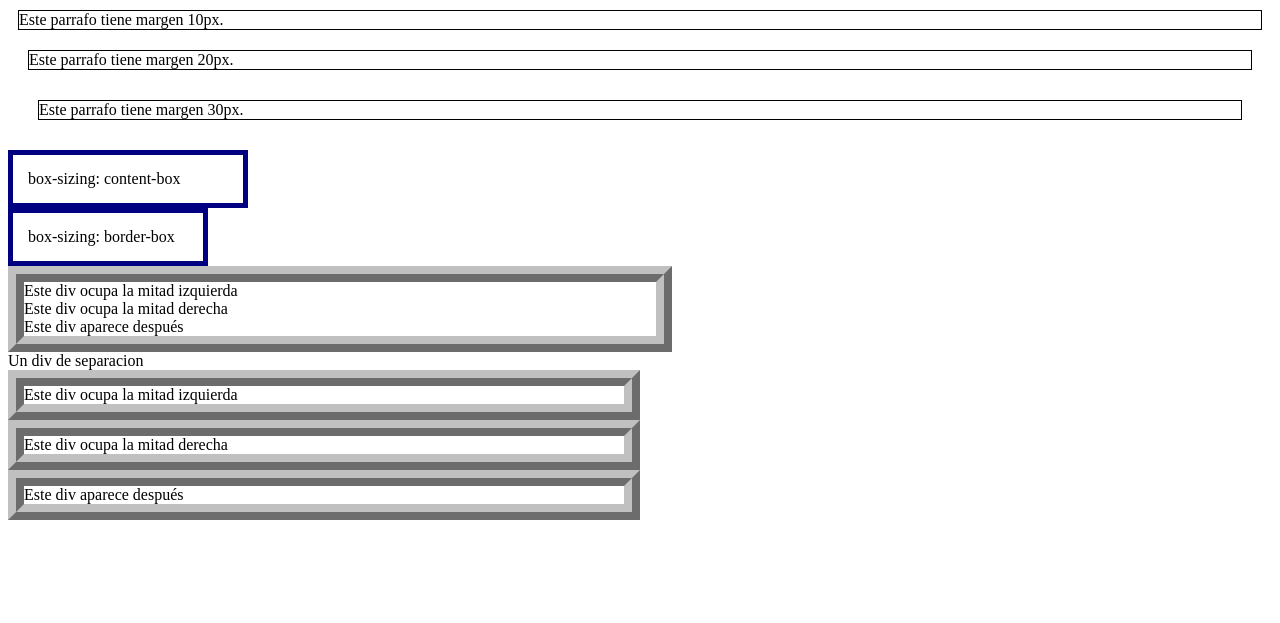
Repository: cesarsant0203/My_Study
Page: Introducción al desarrollo web/2-Css/2.11/2.11-modelo_de_caja_css.html
An editor plug-in stored every save of this project. The page is shown before and after the next save, followed by the edit.
The browser window is 1280 px wide. The pictures show the whole page.

Above is the page before, as saved 2020-04-29 16:18:49.

### Introducción al desarrollo web/2-Css/2.11/2.11-modelo_de_caja_css.html
<!DOCTYPE html>
<html lang="es">

<head>
    <meta charset="utf-8" />
    <title>Modelo de caja</title>
    <link href="2.11-modelo_de_caja_css.css" rel="stylesheet" />
</head>

<body>
    <section>
    <p class="margen-10">
        Este parrafo tiene margen 10px.
    </p>
    <p class="margen-20">
        Este parrafo tiene margen 20px.
    </p>
    <p class="margen-30">
        Este parrafo tiene margen 30px.
    </p>
    </section>
    <div id="contentBox">box-sizing: content-box</div>
    <div id="borderBox">box-sizing: border-box</div>
    <section class="box-sizing-content">
        <div class="split">Este div ocupa la mitad izquierda</div>
        <div class="split">Este div ocupa la mitad derecha</div>
        <div class="split">Este div aparece después</div>
    </section>
    <div>Un div de separacion</div>
    <section class="box-sizing-border">
        <div class="split">Este div ocupa la mitad izquierda</div>
        <div class="split">Este div ocupa la mitad derecha</div>
        <div class="split">Este div aparece después</div>
    </section>
</body>

</html>

### Introducción al desarrollo web/2-Css/2.11/2.11-modelo_de_caja_css.css
.margen-10, .margen-20, .margen-30 {
    border: 1px solid black;
}
.margen-10 {
    margin: 10px;
}
.margen-20 {
    margin: 20px;
}
.margen-30 {
    margin: 30px;
}

#contentBox {
    width: 200px;
    border: 5px solid #000080;
    box-sizing: content-box;
    padding: 15px;
}
#borderBox {
    width: 200px;
    border: 5px solid #000080;
    box-sizing: border-box;
    padding: 15px;
}
.box-sizing-content, .box-sizing-border
.box-sizing-content .split {
    width: 50%;
    border: 1em silver ridge;
    box-sizing: content-box;
    padding: left;
}
.box-sizing-border .split {
    width: 50%;
    border: 1em silver ridge;
    box-sizing: border-box;
    padding: left;
}

After the next save:
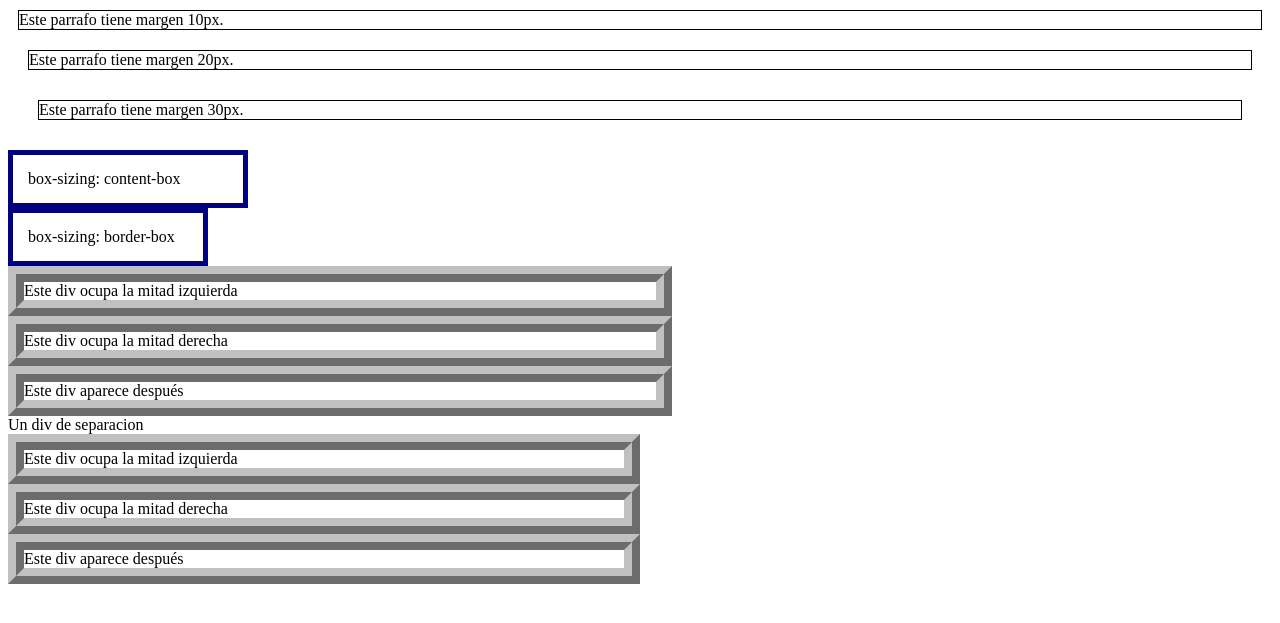
Saved 4 s later.
--- a/Introducción al desarrollo web/2-Css/2.11/2.11-modelo_de_caja_css.css
+++ b/Introducción al desarrollo web/2-Css/2.11/2.11-modelo_de_caja_css.css
@@ -23,7 +23,9 @@
     box-sizing: border-box;
     padding: 15px;
 }
-.box-sizing-content, .box-sizing-border
+.box-sizing-content, .box-sizing-border {
+
+}
 .box-sizing-content .split {
     width: 50%;
     border: 1em silver ridge;
